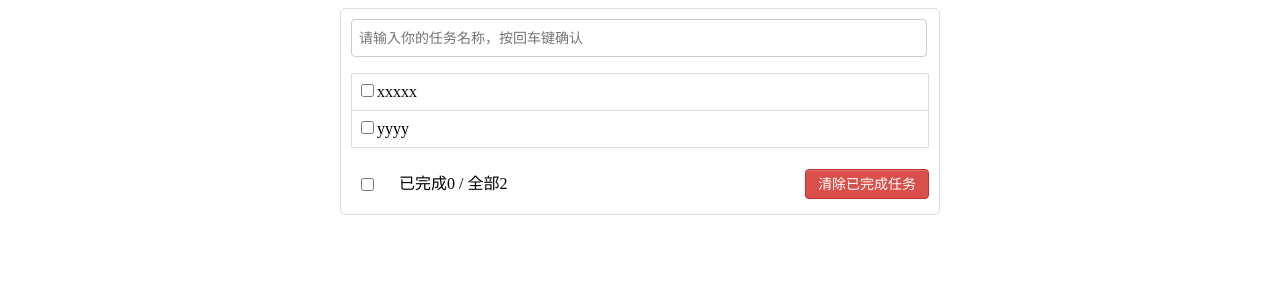
Repository: WAY-C/TodoListAPP
Page: / (app in todo_list/)
The author's editor kept a copy of each file at every save. The page is drawn from the files as they stood at one save, then again after the next save.
The browser window is 1280 px wide. The pictures show the whole page.
The project was rebuilt for these pictures with package versions that can differ from the ones it lists, and the page was loaded fresh each time.

Above is the page before, as saved 2021-09-09 16:54:17.

### todo_list/src/main.js
// 引入Vue
import Vue from "vue";
// 引入App
import App from "./App.vue";
// 关闭生产提示
Vue.config.productionTip = false;

// 创建vm
new Vue({
  render: h => h(App),
}).$mount('#app')

### todo_list/src/App.vue
<template>
  <div id="root">
    <div class="todo-container">
      <div class="todo-wrap">
        <TodoHeader></TodoHeader>
        <TodoList />
        <TodoFooter />
      </div>
    </div>
  </div>
</template>

<script>
import TodoHeader from "./components/TodoHeader";
import TodoList from "./components/TodoList";
import TodoFooter from "./components/TodoFooter";

export default {
  name: "App",
  components: { TodoHeader, TodoList, TodoFooter },
};
</script>

<style>
/*base*/
body {
  background: #fff;
}

.btn {
  display: inline-block;
  padding: 4px 12px;
  margin-bottom: 0;
  font-size: 14px;
  line-height: 20px;
  text-align: center;
  vertical-align: middle;
  cursor: pointer;
  box-shadow: inset 0 1px 0 rgba(255, 255, 255, 0.2),
    0 1px 2px rgba(0, 0, 0, 0.05);
  border-radius: 4px;
}

.btn-danger {
  color: #fff;
  background-color: #da4f49;
  border: 1px solid #bd362f;
}

.btn-danger:hover {
  color: #fff;
  background-color: #bd362f;
}

.btn:focus {
  outline: none;
}

.todo-container {
  width: 600px;
  margin: 0 auto;
}
.todo-container .todo-wrap {
  padding: 10px;
  border: 1px solid #ddd;
  border-radius: 5px;
}
</style>

### todo_list/src/components/TodoHeader.vue
<template>
  <div class="todo-header">
    <input type="text" placeholder="请输入你的任务名称，按回车键确认" />
  </div>
</template>

<script>
export default {
  name: "TodoHeader",
};
</script>

<style>
/*header*/
.todo-header input {
  width: 560px;
  height: 28px;
  font-size: 14px;
  border: 1px solid #ccc;
  border-radius: 4px;
  padding: 4px 7px;
}

.todo-header input:focus {
  outline: none;
  border-color: rgba(82, 168, 236, 0.8);
  box-shadow: inset 0 1px 1px rgba(0, 0, 0, 0.075),
    0 0 8px rgba(82, 168, 236, 0.6);
}
</style>

### todo_list/src/components/TodoList.vue
<template>
  <ul class="todo-main">
    <li>
      <label>
        <input type="checkbox" />
        <span>xxxxx</span>
      </label>
      <button class="btn btn-danger" style="display: none">删除</button>
    </li>
    <li>
      <label>
        <input type="checkbox" />
        <span>yyyy</span>
      </label>
      <button class="btn btn-danger" style="display: none">删除</button>
    </li>
  </ul>
</template>

<script>
// import TodoItem from "./TodoItem";
export default {
  name: "TodoList",
  // components: { TodoItem },
};
</script>

<style>
/*main*/
.todo-main {
  margin-left: 0px;
  border: 1px solid #ddd;
  border-radius: 2px;
  padding: 0px;
}

.todo-empty {
  height: 40px;
  line-height: 40px;
  border: 1px solid #ddd;
  border-radius: 2px;
  padding-left: 5px;
  margin-top: 10px;
}
/*item*/
li {
  list-style: none;
  height: 36px;
  line-height: 36px;
  padding: 0 5px;
  border-bottom: 1px solid #ddd;
}

li label {
  float: left;
  cursor: pointer;
}

li label li input {
  vertical-align: middle;
  margin-right: 6px;
  position: relative;
  top: -1px;
}

li button {
  float: right;
  display: none;
  margin-top: 3px;
}

li:before {
  content: initial;
}

li:last-child {
  border-bottom: none;
}
</style>

### todo_list/src/components/TodoFooter.vue
<template>
  <div class="todo-footer">
    <label>
      <input type="checkbox" />
    </label>
    <span> <span>已完成0</span> / 全部2 </span>
    <button class="btn btn-danger">清除已完成任务</button>
  </div>
</template>

<script>
export default {
  name: "TodoFooter",
};
</script>

<style>
/*footer*/
.todo-footer {
  height: 40px;
  line-height: 40px;
  padding-left: 6px;
  margin-top: 5px;
}

.todo-footer label {
  display: inline-block;
  margin-right: 20px;
  cursor: pointer;
}

.todo-footer label input {
  position: relative;
  top: -1px;
  vertical-align: middle;
  margin-right: 5px;
}

.todo-footer button {
  float: right;
  margin-top: 5px;
}
</style>

Loaded but not shown: todo_list/public/index.html (common file)

After the next save:
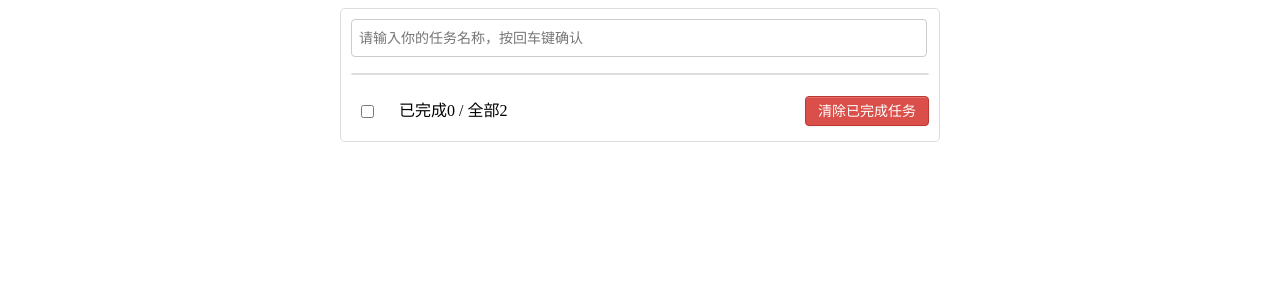
Saved 2 min 55 s later.
--- a/todo_list/src/components/TodoList.vue
+++ b/todo_list/src/components/TodoList.vue
@@ -1,19 +1,6 @@
 <template>
   <ul class="todo-main">
-    <li>
-      <label>
-        <input type="checkbox" />
-        <span>xxxxx</span>
-      </label>
-      <button class="btn btn-danger" style="display: none">删除</button>
-    </li>
-    <li>
-      <label>
-        <input type="checkbox" />
-        <span>yyyy</span>
-      </label>
-      <button class="btn btn-danger" style="display: none">删除</button>
-    </li>
+    <TodoItem />
   </ul>
 </template>
 
